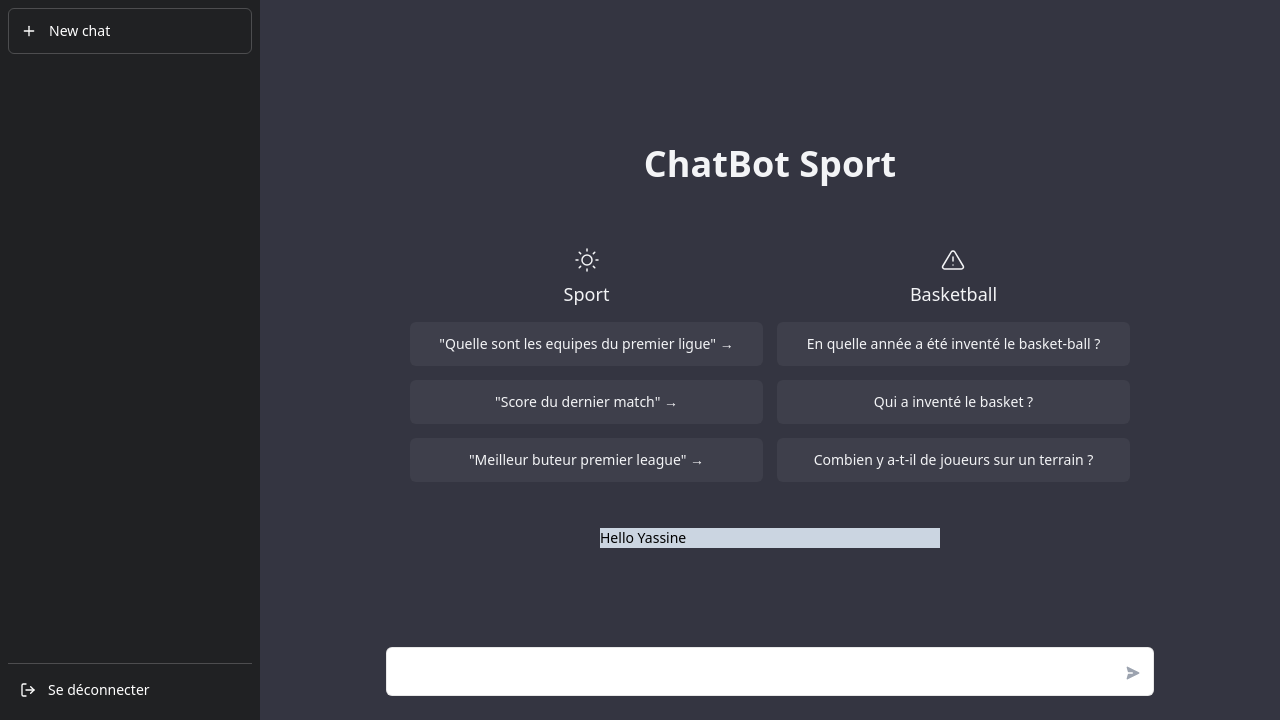
Repository: HaithemBenSlama/chatbot-front
Page: /, after clicking the first element matching `button.sc-gsFSXq`
These files come from the project's save history. The page is drawn as it stood at one moment and after the next save; the edit follows.
The browser window is 1280 px wide. The pictures show the whole page.
The project was rebuilt for these pictures with package versions that can differ from the ones it lists, and the page was loaded fresh each time. Also part of the build but not shown: src/constants/svg/lightningChargeIcon.js, src/constants/svg/externalLinkIcon.js, src/constants/svg/discordIcon.js, src/constants/svg/menuIcon.js, src/Components/Login/form-input.css.

Above is the page before, as saved 2023-05-01 22:03:56.

### src/App.js
import React from 'react'
import { LeftSection, RightSection } from './Components/main'
import { useState } from "react"
import Login from './Components/Login/Login';

const App = () => {
  const [isLoggedIn, setIsLoggedIn] = useState(false);
  return (
    <div>
      {isLoggedIn ? (
        <>
        <LeftSection setIsLoggedIn={setIsLoggedIn}/>
        <RightSection/>
        </>
      ) : (
        <Login setIsLoggedIn={setIsLoggedIn}/>
      )}
    </div>
  )
      }
export default App

### src/Components/main/index.js
import LeftSection from "./LeftSection";
import RightSection from "./RightSection";
import Footer from "./Footer";

export {RightSection, LeftSection, Footer}

### src/Components/Login/Login.jsx
import React from "react";
import "./login.css";
import * as Components from './Components';
import   { useState } from 'react';
import { useCookies } from "react-cookie";
import FormInput from "./FormInput";

const Login = ({setIsLoggedIn}) => {
    const [token,setToken]=useCookies(["user-token"]);
    const [signIn, toggle] = React.useState(true);
    const [data, setData] = useState();

    const [values, setValues] = useState({
        username: "",
        password: "",
    });
    const onChange = (e) => {
            setValues({ ...values, [e.target.name]: e.target.value });
    };

    const [valuesCreate, setValuesCreate] = useState({
        username: "",
        city: "",
        email: "",
        password: "",
    });
    const onChangeCreate = (e) => {
        setValuesCreate({ ...valuesCreate, [e.target.name]: e.target.value });
    };
    const handleSubmit = (e) => {
        e.preventDefault();
    };

    const inputs = [
        {
        id: 1,
        name: "username",
        type: "text",
        placeholder: "Username",
        errorMessage:
            "Username should be 3-16 characters and shouldn't include any special character!",
        label: "Username",
        pattern: "^[A-Za-z0-9]{3,16}$",
        required: true,
        },
        {
        id: 2,
        name: "password",
        type: "password",
        placeholder: "Password",
        errorMessage:
            "Password should be 8-20 characters and include at least 1 letter and 1 number!",
        label: "Password",
        pattern: `^(?=.*[0-9])(?=.*[a-zA-Z])[a-zA-Z0-9!@#$%^&*]{8,20}$`,
        required: true,
        },
    ];

    const inputsCreate = [
        {
        id: 1,
        name: "username",
        type: "text",
        placeholder: "Username",
        errorMessage:
            "Username should be 3-16 characters and shouldn't include any special character!",
        label: "Username",
        pattern: "^[A-Za-z0-9]{3,16}$",
        required: true,
        },
        {
            id: 2,
            name: "city",
            type: "text",
            placeholder: "City",
            errorMessage:
                "City name should be 3-16 characters and shouldn't include any special character!",
            label: "City",
            pattern: "^[A-Za-z]{3,16}$",
            required: true,
            },
        {
        id: 3,
        name: "email",
        type: "email",
        placeholder: "Email",
        errorMessage: "It should be a valid email address!",
        label: "Email",
        required: true,
        },
        {
        id: 4,
        name: "password",
        type: "password",
        placeholder: "Password",
        errorMessage:
            "Password should be 8-20 characters and include at least 1 letter and 1 number!",
        label: "Password",
        pattern: `^(?=.*[0-9])(?=.*[a-zA-Z])[a-zA-Z0-9!@#$%^&*]{8,20}$`,
        required: true,
        },
    ];

    const submitLog = async (e) => {
        e.preventDefault()
        const user = {
            username: values.username,
            password: values.password
        };
        const response=await fetch('http://127.0.0.1:8000/user/verif_user_login/', {
            method: 'POST',
            headers: {
                'accept': '*/*',
                'Content-Type':'multipart/form-data; boundary=--------------------------499310528544182401120976',
            },
            body:JSON.stringify(user)
        })
        const responseJson=await response.json();
        setToken("user-token",responseJson.usertoken);
    };

    const submitCreate = async (e) => {

        e.preventDefault()
        const user = {
            username: valuesCreate.username,
            city: valuesCreate.city,
            email: valuesCreate.email,
            password: valuesCreate.password
        };
        const response=await fetch('http://127.0.0.1:8000/user/verif_user/', {
            method: 'POST',
            headers: {
                'accept': '*/*',
                'Content-Type':'multipart/form-data; boundary=--------------------------499310528544182401120976',
            },
            body:JSON.stringify(user)
        })
        const responseJson=await response.json();
        setToken("user-token",responseJson.usertoken);
    };


        return(
            <div className="comp_body"><h1 className="logTitle">ChatBot</h1>
                <Components.Container>
                    <Components.SignUpContainer signinIn={signIn}>
                        <Components.Form  onSubmit={handleSubmit} >
                            <Components.Title>Create Account</Components.Title>
                            {inputsCreate.map((input) => (
                                <FormInput
                                    key={input.id}
                                    {...input}
                                    value={valuesCreate[input.name]}
                                    onChange={onChangeCreate}
                                />
                                ))}
                            <Components.Button onClick={submitCreate}>Sign Up</Components.Button>
                        </Components.Form>
                    </Components.SignUpContainer>

                    <Components.SignInContainer signinIn={signIn}>
                        <Components.Form >
                            <Components.Title>Log in</Components.Title>
                            {inputs.map((input) => (
                                <FormInput
                                    key={input.id}
                                    {...input}
                                    value={values[input.name]}
                                    onChange={onChange}
                                />
                                ))}
                            <Components.Anchor href='#'>Forgot your password?</Components.Anchor>
                            <Components.Button onClick={()=>{setIsLoggedIn(true)}} >Sign In</Components.Button>
                        </Components.Form>
                    </Components.SignInContainer>

                    <Components.OverlayContainer signinIn={signIn}>
                    <Components.Overlay signinIn={signIn}>

                    <Components.LeftOverlayPanel signinIn={signIn}>
                        <Components.Title>Welcome Back!</Components.Title>
                        <Components.Paragraph>
                            To keep connected with us please login with your personal info
                        </Components.Paragraph>
                        <Components.GhostButton onClick={() => toggle(true)}>
                            Sign In
                        </Components.GhostButton>
                        </Components.LeftOverlayPanel>

                        <Components.RightOverlayPanel signinIn={signIn}>
                            <Components.Title>Hello, Friend!</Components.Title>
                            <Components.Paragraph>
                                Enter Your personal details and start journey with us
                            </Components.Paragraph>
                                <Components.GhostButton onClick={() => toggle(false)}>
                                    Sigin Up
                                </Components.GhostButton>
                        </Components.RightOverlayPanel>

                    </Components.Overlay>
                </Components.OverlayContainer>

            </Components.Container>
        </div>
        )
}

export default Login;

### src/Components/main/LeftSection/index.js
import React from "react";
import { LogOutIcon,PlusIcon,} from "../../../constants";

const LeftSection = ({ show = false }) => {
  return (
    <div
      className={`${show && " flex flex-col"} ${
        !show && "hidden"
      } bg-black md:fixed md:inset-y-0 md:flex md:w-[260px] md:flex-col`}
    >
      <div className="flex h-full min-h-0 flex-col ">
        <div className="scrollbar-trigger flex h-full w-full flex-1 items-start border-white/20">
          <nav className="flex h-full flex-1 flex-col space-y-1 p-2">
            <a className="flex py-3 px-3 items-center gap-3 rounded-md hover:bg-gray-500/10 transition-colors duration-200 text-white cursor-pointer text-sm mb-2 flex-shrink-0 border border-white/20">
              <PlusIcon />
              New chat
            </a>
            <div className="flex-col flex-1 overflow-y-auto border-b border-white/20">
              <div className="flex flex-col gap-2 text-gray-100 text-sm">
                {/*  */}
              </div>
            </div>
              <a
                className="flex py-3 px-3 items-center gap-3 rounded-md hover:bg-gray-500/10 transition-colors duration-200 text-white cursor-pointer text-sm"
                href="/Login"
              >
                <LogOutIcon/>
                Se déconnecter
              </a>
          </nav>
        </div>
      </div>
    </div>
  );
};

export default LeftSection;

### src/Components/main/RightSection/index.js
import { CautionIcon, LightningChargeIcon, SunIcon } from "../../../constants";
import Footer from "../Footer";

const RightSection = () => {
  return (
    <div className="flex h-full flex-1 flex-col md:pl-[260px]">
      <main className="relative h-full w-full transition-width flex flex-col overflow-hidden items-stretch flex-1">
        <div className="flex-1 overflow-hidden">
          <div className="flex flex-col items-center text-sm h-full md:h-screen bg-lightBlack">
            <div className="text-gray-800 w-full md:max-w-2xl lg:max-w-3xl md:h-full md:flex md:flex-col px-6">
              <h1 className="text-4xl text-gray-100 font-semibold text-center mt-6 sm:mt-[20vh] ml-auto mr-auto mb-10 sm:mb-16">
                ChatBot Sport
              </h1>
              <div className="md:flex items-start text-center gap-3.5">
                {[
                  {
                    icon: <SunIcon />,
                    title: "Sport",
                    subTitle: [
                      `"Quelle sont les equipes du premier ligue" →`,
                      `"Score du dernier match" →`,
                      `"Meilleur buteur premier league" →`,
                    ],
                    hover: true,
                  },
                  {
                    icon: <CautionIcon />,
                    title: "Basketball",
                    subTitle: [
                      `En quelle année a été inventé le basket-ball ?`,
                      `Qui a inventé le basket ?`,
                      `Combien y a-t-il de joueurs sur un terrain ?`,
                    ],
                    hover: false,
                  },
                ].map((item, index) => (
                  <div
                    className="flex flex-col mb-8 md:mb-auto gap-3.5 flex-1"
                    key={index}
                  >
                    <h2 className="flex gap-3 text-gray-100 items-center m-auto text-lg font-normal md:flex-col md:gap-2">
                      {item.icon}
                      {item.title}
                    </h2>
                    <ul className="flex flex-col gap-3.5 w-full sm:max-w-md m-auto">
                      {item.subTitle.map((subTitle, subTitleIndex) => (
                        <button
                          className={`w-full bg-gray-50 text-gray-100 bg-white/5 p-3 rounded-md ${
                            item.hover
                              ? "hover:bg-gray-200 dark:hover:bg-gray-900 cursor-pointer"
                              : "cursor-text"
                          }`}
                          key={subTitleIndex}
                        >
                          {subTitle}
                        </button>
                      ))}
                    </ul>
                  </div>
                ))}
              </div>
            </div>
            <div className="mx-20 w-1/3 h-48 flex-shrink-0">
              <p className="bg-slate-300">Hello Yassine</p>
            </div>
          </div>
        </div>
        <Footer />
      </main>
    </div>
  );
};

export default RightSection;

### src/Components/main/Footer/index.js
import React from "react";
import { PlaneIcon, UserIcon } from "../../../constants";

const Footer = () => {
  return (
    <div className="absolute bottom-0 left-0 w-full border-t md:border-t-0 dark:border-white/20 md:border-transparent md:dark:border-transparent md:bg-vert-light-gradient bg-gray-800 md:!bg-transparent">
      <form className="mx-2 flex flex-row gap-3 pt-2 last:mb-2 md:last:mb-6 lg:mx-auto lg:max-w-3xl lg:pt-6">
        <div className="relative flex h-full flex-1 md:flex-col">
          <div className="ml-1 mt-1.5 md:w-full md:m-auto md:flex md:mb-2 gap-2 justify-center">
            <div className="text-gray-100 p-1 md:hidden">
              <UserIcon />
            </div>
          </div>
          {/* Input */}
          <div className="flex flex-col w-full py-2 pl-3 flex-grow md:py-3 md:pl-4 relative border border-black/10 bg-white dark:border-gray-900/50 dark:text-white rounded-md bg-[rgba(64,65,79,var(--tw-bg-opacity))]">
            <textarea
              tabIndex="0"
              data-id="root"
              rows="1"
              className="m-0 w-full resize-none border-0 bg-transparent p-0 pr-7 focus:ring-0 focus-visible:ring-0 dark:bg-transparent outline-none overflow-y-hidden h-[23px]"
            ></textarea>
            <button className="absolute p-1 rounded-md text-gray-400 bottom-1.5 right-1 md:bottom-2.5 md:right-2 hover:bg-black">
              <PlaneIcon />
            </button>
          </div>
        </div>
      </form>
    </div>
  );
};

export default Footer;

### src/Components/Login/login.css
* {
    box-sizing: border-box;
}

.comp_body {
    background: #f6f5f7;
    display: flex;
    justify-content: center;
    align-items: center;
    flex-direction: column;
    font-family: "Montserrat", sans-serif;
    height: 100vh;
    margin: -20px 0 50px;
}
.logTitle {
    font-size: 3rem;
    font-weight: 600;
    text-align: center;
    margin-bottom: 2rem;
    color: #038c7a;
    text-shadow: 2px 2px 0px #f2f2f2, -2px -2px 0px #f2f2f2, 2px -2px 0px #f2f2f2, -2px 2px 0px #f2f2f2;
    text-transform: uppercase;
    letter-spacing: 3px;
    line-height: 1;
    position: relative;
}
.logTitle:before{
    content: "";
    width: 100%;
    height: 1px;
    position: absolute;
    bottom: -0.5rem;
    left: 0;
    background-color: #5c5c5c;
}

### src/Components/Login/Components.js
import styled from 'styled-components';

export const Container = styled.div`
background-color: #fff;
border-radius: 10px;
box-shadow: 0 14px 28px rgba(0, 0, 0, 0.25), 0 10px 10px rgba(0, 0, 0, 0.22);
position: relative;
overflow: hidden;
width: 678px;
max-width: 100%;
min-height: 450px;
`;

export const SignUpContainer = styled.div`
position: absolute;
top: 0;
height: 100%;
transition: all 0.6s ease-in-out;
left: 0;
width: 50%;
opacity: 0;
z-index: 1;
${props => props.signinIn !== true ? `
    transform: translateX(100%);
    opacity: 1;
    z-index: 5;
`
: null}
`;


export const SignInContainer = styled.div`
position: absolute;
top: 0;
height: 100%;
transition: all 0.6s ease-in-out;
left: 0;
width: 50%;
z-index: 2;
${props => (props.signinIn !== true ? `transform: translateX(100%);` : null)}
`;

export const Form = styled.div`
background-color: #ffffff;
display: flex;
align-items: center;
justify-content: center;
flex-direction: column;
padding: 0 50px;
height: 100%;
text-align: center;
`;

export const Title = styled.h1`
font-weight: bold;
margin-bottom: 15px;
`;

export const Input = styled.input`
background-color: #eee;
border: none;
padding: 12px 15px;
margin: 8px 0;
width: 100%;
`;


export const Button = styled.button`
    border-radius: 20px;
    border: 1px solid #1775d2;
    background-color: #1775d2;
    color: #ffffff;
    font-size: 12px;
    font-weight: bold;
    padding: 12px 45px;
    letter-spacing: 1px;
    text-transform: uppercase;
    transition: transform 80ms ease-in;
    &:active{
        transform: scale(0.95);
    }
    &:focus {
        outline: none;
    }
`;
export const GhostButton = styled(Button)`
background-color: transparent;
border-color: #ffffff;
`;

export const Anchor = styled.a`
color: #333;
font-size: 14px;
text-decoration: none;
margin: 15px 0;
`;
export const OverlayContainer = styled.div`
position: absolute;
top: 0;
left: 50%;
width: 50%;
height: 100%;
overflow: hidden;
transition: transform 0.6s ease-in-out;
z-index: 100;
${props =>
props.signinIn !== true ? `transform: translateX(-100%);` : null}
`;

export const Overlay = styled.div`
background: #1775d2;
background: -webkit-linear-gradient(to right, #1775d2, #25b579);
background: linear-gradient(to right, #1775d2,#1775d2);
background-repeat: no-repeat;
background-size: cover;
background-position: 0 0;
color: #ffffff;
position: relative;
left: -100%;
height: 100%;
width: 200%;
transform: translateX(0);
transition: transform 0.6s ease-in-out;
${props => (props.signinIn !== true ? `transform: translateX(50%);` : null)}
`;

export const OverlayPanel = styled.div`
    position: absolute;
    display: flex;
    align-items: center;
    justify-content: center;
    flex-direction: column;
    padding: 0 40px;
    text-align: center;
    top: 0;
    height: 100%;
    width: 50%;
    transform: translateX(0);
    transition: transform 0.6s ease-in-out;
`;

export const LeftOverlayPanel = styled(OverlayPanel)`
transform: translateX(-20%);
${props => props.signinIn !== true ? `transform: translateX(0);` : null}
`;

export const RightOverlayPanel = styled(OverlayPanel)`
    right: 0;
    transform: translateX(0);
    ${props => props.signinIn !== true ? `transform: translateX(20%);` : null}
`;

export const Paragraph = styled.p`
font-size: 14px;
font-weight: 100;
line-height: 20px;
letter-spacing: 0.5px;
margin: 20px 0 30px
`;

### src/Components/Login/FormInput.jsx
import { useState } from "react";
import "./form-input.css";

const FormInput = (props) => {
const [focused, setFocused] = useState(false);
const { label, errorMessage, onChange, id, ...inputProps } = props;

const handleFocus = (e) => {
    setFocused(true);
};

return (
    <div className="formInput">
    <input className="inputAuth"
        {...inputProps}
        onChange={onChange}
        onBlur={handleFocus}
        onFocus={() =>
        inputProps.name === "confirmPassword" && setFocused(true)
        }
        focused={focused.toString()}
    />
    <span className="spanAuth">{errorMessage}</span>
    </div>
);
};

export default FormInput;

### src/constants/index.js
import SunIcon from "./svg/sunIcon";
import LightningChargeIcon from "./svg/lightningChargeIcon";
import CautionIcon from "./svg/cautionIcon";
import PlaneIcon from "./svg/planeIcon";
import PlusIcon from "./svg/plusIcon";
import ExternalLinkIcon from "./svg/externalLinkIcon";
import DiscordIcon from "./svg/discordIcon";
import LogOutIcon from "./svg/logOutIcon";
import MenuIcon from "./svg/menuIcon";
import UserIcon from "./svg/userIcon";

export {
  SunIcon,
  LightningChargeIcon,
  CautionIcon,
  PlaneIcon,
  PlusIcon,
  DiscordIcon,
  ExternalLinkIcon,
  LogOutIcon,
  MenuIcon,
  UserIcon,
};

### src/constants/svg/sunIcon.js
import React from "react";

const SunIcon = ({ className = "h-6 w-6", strokeWidth = "1.5" }) => {
  return (
    <svg
      stroke="currentColor"
      fill="none"
      strokeWidth={strokeWidth}
      viewBox="0 0 24 24"
      strokeLinecap="round"
      strokeLinejoin="round"
      className={className}
      height="1em"
      width="1em"
      xmlns="http://www.w3.org/2000/svg"
    >
      <circle cx="12" cy="12" r="5"></circle>
      <line x1="12" y1="1" x2="12" y2="3"></line>
      <line x1="12" y1="21" x2="12" y2="23"></line>
      <line x1="4.22" y1="4.22" x2="5.64" y2="5.64"></line>
      <line x1="18.36" y1="18.36" x2="19.78" y2="19.78"></line>
      <line x1="1" y1="12" x2="3" y2="12"></line>
      <line x1="21" y1="12" x2="23" y2="12"></line>
      <line x1="4.22" y1="19.78" x2="5.64" y2="18.36"></line>
      <line x1="18.36" y1="5.64" x2="19.78" y2="4.22"></line>
    </svg>
  );
};

export default SunIcon;

### src/constants/svg/cautionIcon.js
import React from "react";

const CautionIcon = () => {
  return (
    <svg
      stroke="currentColor"
      fill="none"
      strokeWidth="1.5"
      viewBox="0 0 24 24"
      strokeLinecap="round"
      strokeLinejoin="round"
      className="h-6 w-6"
      height="1em"
      width="1em"
      xmlns="http://www.w3.org/2000/svg"
    >
      <path d="M10.29 3.86L1.82 18a2 2 0 0 0 1.71 3h16.94a2 2 0 0 0 1.71-3L13.71 3.86a2 2 0 0 0-3.42 0z"></path>
      <line x1="12" y1="9" x2="12" y2="13"></line>
      <line x1="12" y1="17" x2="12.01" y2="17"></line>
    </svg>
  );
};

export default CautionIcon;

### src/constants/svg/planeIcon.js
import React from "react";

const PlaneIcon = () => {
  return (
    <svg
      stroke="currentColor"
      fill="currentColor"
      strokeWidth="0"
      viewBox="0 0 20 20"
      className="h-4 w-4 rotate-90"
      height="1em"
      width="1em"
      xmlns="http://www.w3.org/2000/svg"
    >
      <path d="M10.894 2.553a1 1 0 00-1.788 0l-7 14a1 1 0 001.169 1.409l5-1.429A1 1 0 009 15.571V11a1 1 0 112 0v4.571a1 1 0 00.725.962l5 1.428a1 1 0 001.17-1.408l-7-14z"></path>
    </svg>
  );
};

export default PlaneIcon;

### src/constants/svg/plusIcon.js
import React from "react";

const PlusIcon = ({ className = "h-4 w-4" }) => {
  return (
    <svg
      stroke="currentColor"
      fill="none"
      strokeWidth="2"
      viewBox="0 0 24 24"
      strokeLinecap="round"
      strokeLinejoin="round"
      className={className}
      height="1em"
      width="1em"
      xmlns="http://www.w3.org/2000/svg"
    >
      <line x1="12" y1="5" x2="12" y2="19"></line>
      <line x1="5" y1="12" x2="19" y2="12"></line>
    </svg>
  );
};

export default PlusIcon;

### src/constants/svg/logOutIcon.js
import React from "react";

const LogOutIcon = () => {
  return (
    <svg
      stroke="currentColor"
      fill="none"
      strokeWidth="2"
      viewBox="0 0 24 24"
      strokeLinecap="round"
      strokeLinejoin="round"
      className="h-4 w-4"
      height="1em"
      width="1em"
      xmlns="http://www.w3.org/2000/svg"
    >
      <path d="M9 21H5a2 2 0 0 1-2-2V5a2 2 0 0 1 2-2h4"></path>
      <polyline points="16 17 21 12 16 7"></polyline>
      <line x1="21" y1="12" x2="9" y2="12"></line>
    </svg>
  );
};

export default LogOutIcon;

### src/constants/svg/userIcon.js
import React from "react";

const UserIcon = () => {
  return (
    <svg
      xmlns="http://www.w3.org/2000/svg"
      fill="none"
      viewBox="0 0 24 24"
      strokeWidth={1.5}
      stroke="currentColor"
      className="w-6 h-6"
    >
      <path
        strokeLinecap="round"
        strokeLinejoin="round"
        d="M15.75 6a3.75 3.75 0 11-7.5 0 3.75 3.75 0 017.5 0zM4.501 20.118a7.5 7.5 0 0114.998 0A17.933 17.933 0 0112 21.75c-2.676 0-5.216-.584-7.499-1.632z"
      />
    </svg>
  );
};

export default UserIcon;

### tailwind.config.js
/** @type {import('tailwindcss').Config} */
module.exports = {
  content: ["./src/**/*.{js,jsx,ts,tsx}"],
  theme: {
    extend: {
      colors: {
        black: "#202123",
        lightBlack: "#343541",
      },
    },
  },
  plugins: [],
};

Loaded but not shown: public/index.html (common file); src/index.js (common file); src/index.css (common file)

After the next save:
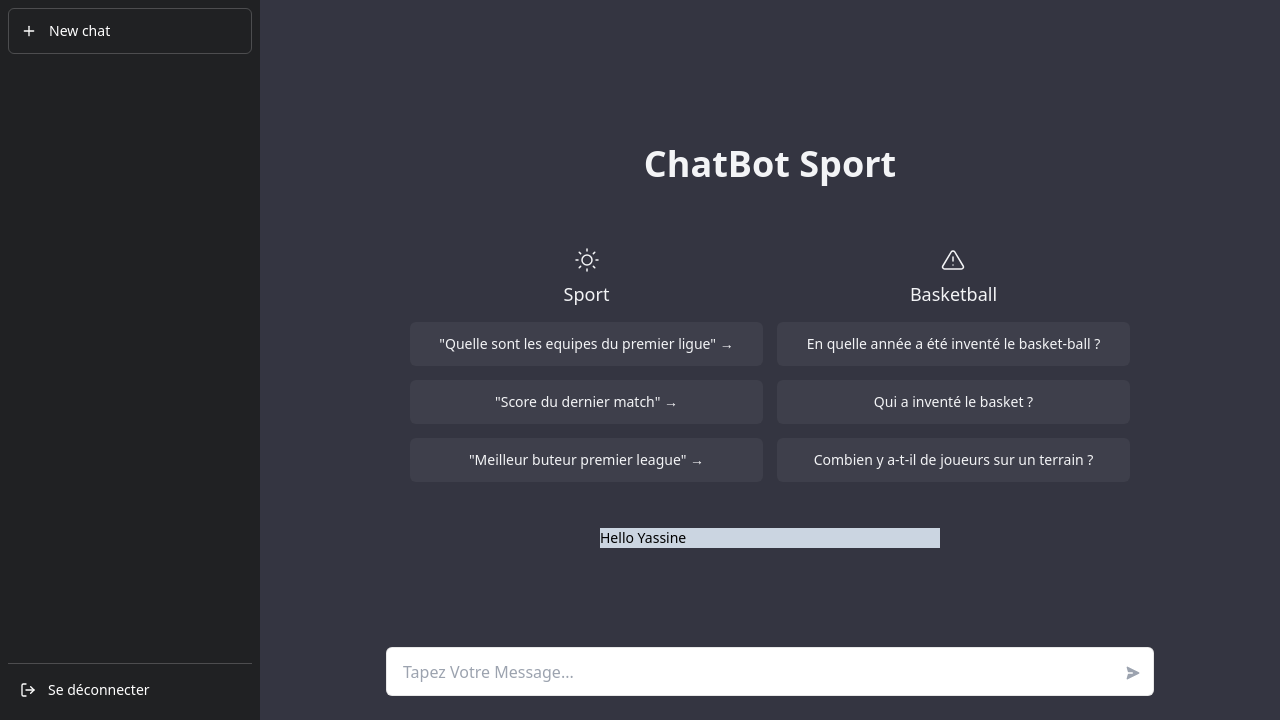
Saved 56 s later.
--- a/src/Components/main/Footer/index.js
+++ b/src/Components/main/Footer/index.js
@@ -17,6 +17,7 @@ const Footer = () => {
               tabIndex="0"
               data-id="root"
               rows="1"
+              placeholder="Tapez Votre Message..."
               className="m-0 w-full resize-none border-0 bg-transparent p-0 pr-7 focus:ring-0 focus-visible:ring-0 dark:bg-transparent outline-none overflow-y-hidden h-[23px]"
             ></textarea>
             <button className="absolute p-1 rounded-md text-gray-400 bottom-1.5 right-1 md:bottom-2.5 md:right-2 hover:bg-black">
